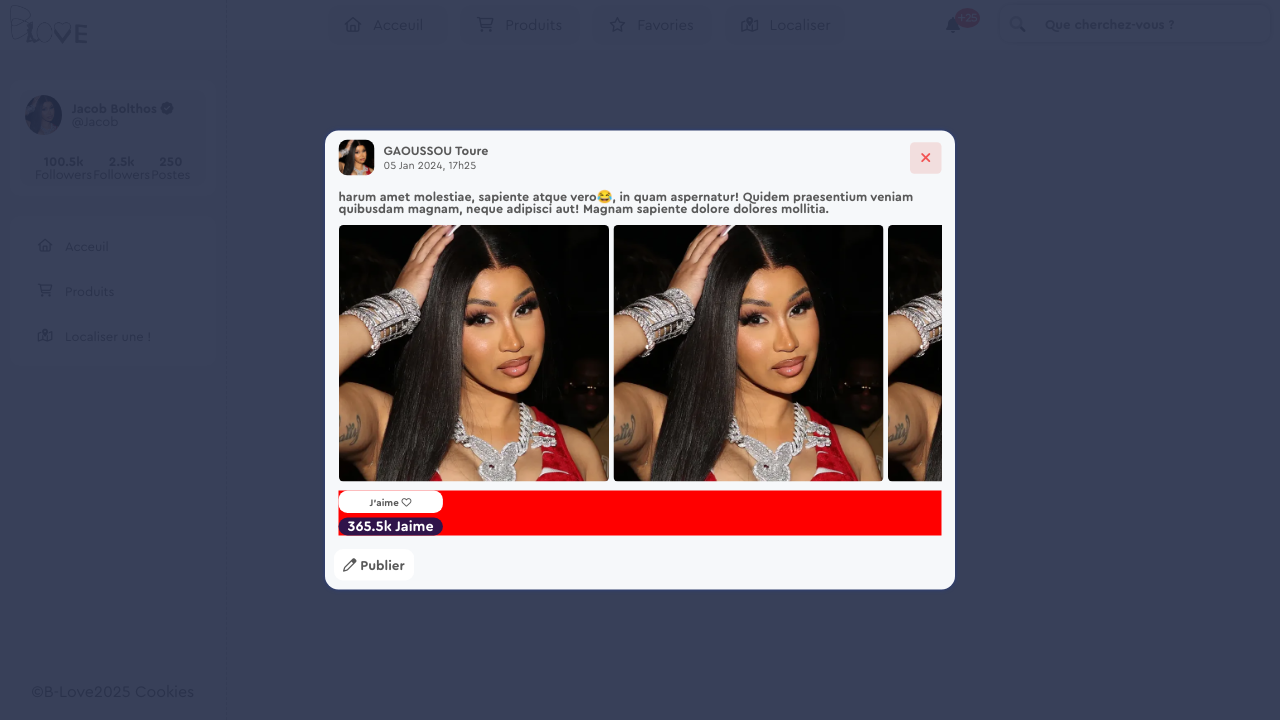
Repository: moomoony-log/b-love
Page: /home
An editor plug-in stored every save of this project. The page is shown before and after the next save, followed by the edit.
The browser window is 1280 px wide. The pictures show the whole page.
The project was rebuilt for these pictures with package versions that can differ from the ones it lists, and the page was loaded fresh each time. Also part of the build but not shown: vite.config.ts, src/rules/legacy.tsx, src/rules/privacy.tsx, src/components/basic/notification.tsx, src/view/auth.tsx, src/view/main/acceuil.tsx, src/view/main/dashbord.tsx, src/view/main/info-account.tsx and 3 more.

Above is the page before, as saved 2025-10-15 15:38:48.

### index.html
<!--
        ?????????         ?????????        ???????????????????
        ????? ?????     ????? ?????      ??????????   ??????????
        ?????  ?????   ?????  ?????    ????????         ????????
        ?????   ????? ?????   ?????    ??????            ????????
        ?????    ?????????    ?????    ??????            ????????
        ?????      ?????      ?????    ???????          ????????
        ?????                 ?????     ?????????      ????????
        ?????                 ?????        ???????????????????
        ?????                 ?????         ????????????????

    TRAVAIL JUSQU'A CE QU'ON DISE QUE TU ES FRANC-MAÇON
    TRAVAIL JUSQU'A CE QU'ON DISE QUE TU ES FRANC-MAÇON
    TRAVAIL JUSQU'A CE QU'ON DISE QUE TU ES FRANC-MAÇON
-->
<!doctype html>
<html lang="en">
  <head>
    <meta charset="UTF-8">
    <meta name="viewport" content="width=device-width, initial-scale=1.0">
    <meta http-equiv="X-UA-Compatible" content="IE=edge">
    <!-- Inbuilt -->
    <link rel="shortcut icon" href="./img/logoloveb.png" type="image/x-icon">
    <!-- <link rel="stylesheet" href="./vendor/font-awesome-pro/css/all.css">  -->
    <!-- <link rel="stylesheet" href="./css/app.css">  -->
    <title>B!love</title>
  </head>
  <body id="index">
    <div id="main-container"></div>
    <script type="module" src="/src/main.tsx"></script>
  </body>
</html>

### src/main.tsx
import { StrictMode } from 'react'
import { createRoot } from 'react-dom/client'
import App from './app'

createRoot(document.getElementById('main-container')!).render(
  <StrictMode>
    <App />
  </StrictMode>
)

### src/app.tsx

import { createBrowserRouter, RouterProvider } from "react-router-dom";
import Legacy from "./rules/legacy";
import Privacy from "./rules/privacy";
import Main from "./view/main/main";
import Auth from "./view/auth";
import Acceuil from "./view/main/acceuil";
import Dashbord from "./view/main/dashbord";
import "../public/css/app.css"
import "../public/vendor/font-awesome-pro/css/all.css"
import InfoAccount from "./view/main/info-account";
import Account from "./view/main/account";
import BecomeToMember from "./view/main/becomeToMember";
import Product from "./view/main/product";

// import Auth from "./view/auth";

const router =  createBrowserRouter([
	{
		path:'/',
		element:<Auth/>
	},
	{
		path:'/legacy',
		element:<Legacy/>
	},
	{
		path:'/privacy',
		element:<Privacy/>
	},
	{
		path:'/home',
		element:<Main/>,
		children:[
			{
				path:'acceuil',
				element: <Acceuil/>
			},
			{
				path:'dashbord',
				element: <Dashbord/>,
			},
			{
				path: 'product',
				element: <Product/>
			},
			{
				path:'check',
				element: <div>Localisation</div>
			},
			{
				path:'client',
				element: <InfoAccount/>,
				children: [
					{
						path:'compte',
						element: <Account/>
					},
					{
						path:'devenir_membre',
						element: <BecomeToMember/>
					},

				]
			}

		]
	}
])

// --> POINT D'ENTREE DANS L'APP(INDEX --> AUTH)
function App() {
	return <RouterProvider router={router}/>
}

export default App

### src/components/basic/button.tsx
// --> BUTTON COMPONENTS

import { forwardRef } from "react"
import { NavLink, useLocation } from "react-router-dom";

interface buttonProps {
    type: 'submit' | 'button',
    name?: string,
    icon?:string,
    color?: string,
    outline?: string,
    small?: 'small' | 'small-1' | 'small-2' | 'small-3',
    navigate?: string,
    children: boolean,
    border?: boolean,
    to: string | false,
    inner?:string,
    disable?:boolean,
    onclick?: () => unknown
}

const Button = forwardRef<HTMLButtonElement, buttonProps>(
  ({ name, icon, color, outline, small, navigate, inner, disable, children,border, to, onclick }, ref) => {
    const location = useLocation()
    return (
      <button
        ref={ref}
        type="button"
        className="ui-btn"
        name={name}
        color={color}
        {...(outline ? { "data-outline": "" } : {})}
        {...(disable ? { disabled: true } : {})}
        {...(navigate ? { "data-navigate": "" } : {})}
        {...(inner ? { "data-inner": "" } : {})}
        {...(small ? { "data-size" : small} : {})}
        {...(border ? { "data-border": "" } : {})}
        {...(to && location.pathname === to ? { "data-active": "" } : {})}
        onClick={onclick}
      >
        { (!children && !to ) && name } { icon && (!children && !to ) && <i className={icon}></i> }

        { (children && to) && <NavLink to={to}>  <i className={icon}></i>  {name} </NavLink> }

      </button>
    );
  }
);

export default Button

### src/components/basic/modals/pubItem.tsx
// --> Item Publication Modal

import Button from "../button"

const ItemPub = () => {
    return(
        <>
        <div className="modal" data-name="pub-item" data-show>
                <div className="box">
                    <div className="modal-head">
                        <div className="title">
                            <div className="cont-account-img" data-name="pub-item"><img src="../img/cardi_b.webp"/></div>
                            <div className="identity">
                                <span>GAOUSSOU Toure</span>
                                <span>05 Jan 2024, 17h25</span>
                            </div>
                         </div>
                        <span className="exit"><i className="fa-solid fa-xmark"></i></span>
                    </div>
                    <div className="body">
                        <div className="about-pub" data-data>
                            harum amet molestiae, sapiente atque vero😂, in quam aspernatur! Quidem praesentium veniam quibusdam magnam, neque adipisci aut! Magnam sapiente dolore dolores mollitia.
                        </div>
                        <div className="medias-cont">
                            <div className="cont-account-img" data-name="pub-item-img"><img src="../img/cardi_b.webp"/></div>
                            <div className="cont-account-img" data-name="pub-item-img"><img src="../img/cardi_b.webp"/></div>
                            <div className="cont-account-img" data-name="pub-item-img"><img src="../img/cardi_b.webp"/></div>
                            <div className="cont-account-img" data-name="pub-item-img"><img src="../img/cardi_b.webp"/></div>
                            <div className="cont-account-img" data-name="pub-item-img"><img src="../img/cardi_b.webp"/></div>
                            <div className="cont-account-img" data-name="pub-item-img"><video src="../videos/Standard_Mode_Le_b_b__sirote_son_champagne_en_.mp4" ></video></div>
                            <div className="cont-account-img" data-name="pub-item-img"><video src="../videos/Standard_Mode_Le_b_b__sirote_son_champagne_en_.mp4" ></video></div>
                        </div>
                        <div className="pub-info">
                            <div className="one">
                                <Button children={false} outline="" icon="fa-regular fa-heart" to={false} type="button" name="J'aime" small="small-3"  />
                                <span className="like">365.5k Jaime</span>
                            </div>

                        </div>

                    </div>
                    <div className="controler">
                        <button type="button" className="ui-btn" name=""  data-size="large"  color=""> <i className="fa-regular fa-pen"></i> Publier</button>
                    </div>
                </div>
            </div>
        </>
    )
}

export default ItemPub

### public/css/config/config.css
/* Style global de configuration */

/* Police d'ecriture */
/* Cera */
@font-face{
    font-family: 'Cera';
    src: url('../../font/cera-round-pro/CeraRoundPro-Bold.otf');
    font-weight: bold;
}
@font-face {
    font-family: 'Cera';
    src: url('../../font/cera-round-pro/CeraRoundPro-Regular.otf');
    font-weight: normal;
}

/* body{
    display: flex !important;
    padding: 5px;
    height: 100%;
    width: 100%;
    position: absolute;
    top: 0;
    left: 0;
    overflow: hidden;
} */
body *{
    box-sizing: border-box;
    font-family: 'Cera', sans-serif;
    font-weight: bold;
}

button:focus, input:focus, textarea:focus, select:focus {
    outline: none;
}

button {
    cursor: pointer;
    border: none;
}

h1, h2, h3, h4, h5, p {
    color: inherit;
    margin: 0;
    padding: 0;
    text-decoration: inherit;
}

img{
    height: inherit;
    max-width: 100%;
}

### public/css/component/components.css
 /* Imporation des dependances */
 @import url('input.css');
 @import url('button.css');
 @import url('img.css');
 @import url('notification.css');
 @import url('loader.css');
 @import url('table.css');
 @import url('./modals/modal.css');

 @keyframes text{
    0%{
        transform: translateX(100%);
    }
    100%{
        transform: translateX(-100%);
    }
 }

### public/css/views.css
/* --> Css relative à toutes les vues communes  */
@import url('views/auth.css');
@import url('views/legacy.css');
@import url('views/privacy.css');

### public/css/animation.css
@keyframes reotateInner {
    from {
       transform: rotate(0);
    }
    to{
       transform: rotate(180deg);
    }
 }
 @keyframes Online {
    0%, 100% {
       transform: scale(1.5);
       opacity: 1;

    }
    50% {
       transform: scale(0.5);
       /* opacity: 0.5; */
    }
 }
  @keyframes Online2 {
    0%, 100% {
       opacity: 1;

    }
    50% {
       opacity: 0.5;
    }
 }
 @keyframes spin {
   0%{
      transform: rotate(0deg);
   }
   100%{
      transform: rotate(360deg);
   }

 }
  @keyframes opa {
   0%{
      opacity: .4;
   }
   100%{
      opacity: 1;
   }

 }

### public/css/utils/utils.css
@import url('variable.css');
@import url('helper.css');

### public/css/utils/variable.css
/* Variables */
:root{
    --color-white: #ffffff;
    --color-gray-soft: #F6F8FA;
    --color-gray-medium: #b0b0b0;
    --color-gray-hard: #595959;
    --color-gray-hard-1: #7f7f7f;
    /* --color-gray-hard-3: #d4d2d246; */
    --color-gray-hard-3: #f2f2f2e7;
    --color-gray-hard-5: #f2f2f2;
    --color-gray-hard-4: #5959592f;
    --color-blue-lite: #dbf5ff;
    --color-blue-soft: #00B0F0;
    --color-blue-soft-2: #9ab9dc;
    --color-blue-hard: #2A6EBB;
    --color-green-lite: #aefecf;
    --color-green-lite-2: #80d6a4;
    --color-green-hard: #41cf7c;
    --color-red-lite: #ffcdcd;
    --color-red-soft: #f58e8e;
    --color-red-hard: #f25353;
    --shadow-one: 0 0 5px #eee;
    --shadow-two: 0 0 5px #84b1c3;
    --shadow-3: 0 0 4px #bababa;
    --bezier-1: cubic-bezier(0.68, -0.55, 0.27, 1.55);
}

### public/css/utils/helper.css
/* cool-scroll-bar */
.cool-scroll-bar::-webkit-scrollbar{
    width: 3px;
    height: 3px;
    border-radius: 50px !important;
    background-color: var(--color-gray-soft);
    box-shadow: 0 0 5px var(--color-gray-soft);
}
.cool-scroll-bar::-webkit-scrollbar-thumb{
    background-color: var(--color-gray-medium);
    border-radius: 50px !important;
}

### public/css/views/legacy.css
.legacy {
    z-index: 10;
    height: 100%;
    padding: 20px;
    overflow: auto;
}
.legacy p{
    font-size: 40px;
}

### public/css/views/privacy.css
.privacy {
    z-index: 10;
    height: 100%;
    padding: 20px;
    overflow: auto;
}
.privacy p{
    font-size: 40px;
}

### public/css/component/notification.css
/* CSS DES GRILLES DE NOTIFICATIONS */
#notification{
    position: absolute;
    right: 0;
    z-index: 900;
    width: 350px;
    bottom: 0;
    padding: 5px;
    display: flex;
    justify-content: flex-end;
    align-items: center;
    flex-direction: column;
    gap: 10px;
}

#notification .notif-item{
    width: 320px;
    max-height: 60px;
    box-sizing: border-box;
    background-color: var(--color-white);
    display: none;
    align-items: center;
    overflow: hidden;
    gap: 5px;
    padding: 10px;
    border-radius: 10px;
    opacity: 0;
    transform: scale(0);
    box-shadow: 0 0 7px -2px var(--color-gray-hard-1);
    transition: transform .3s cubic-bezier(0.68, -0.55, 0.27, 1.55), opacity .2s ease-in-out, max-height .3s ease-in-out;
}
#notification .notif-item .notif-text-content{
    margin-right: auto;
}

#notification .notif-item[data-show]{
    opacity: 1;
    transform: scale(1);
    display: flex;
}

#notification .notif-item .icon{
    height: 35px;
    width: 35px;
    line-height: 35px;
    text-align: center;
    font-size: 15px;
    border-radius: 50%;
    position: relative;
    z-index: 2;
    color: var(--color-white);
}

#notification .notif-item .icon::before{
    position: absolute;
    text-align: center;
    left: 0;
    font-size: 35px;
    content: '\f335';
    font-family: 'Font Awesome 6 Pro';
    z-index: -1;
}

#notification .notif-item .exit{
    text-align: center;
    margin-left: 5px;
    border-radius: 50%;
    cursor: pointer;
    color: #cccccc;
}

#notification .notif-item[data-name="exit"] {
    border-left: 5px solid var(--color-red-soft);
}
#notification .notif-item[data-name="exit"] .exit{
    color: var(--color-red-soft);
}
#notification .notif-item[data-name="good"] .exit{
    color: var(--color-green-lite-2);
}
#notification .notif-item[data-name="exit"]:hover{
    box-shadow: 0 0 7px -2px var(--color-red-hard);
}
#notification .notif-item[data-name="good"]:hover{
    box-shadow: 0 0 7px -2px var(--color-green-hard);
}
#notification .notif-item[data-name="await"]:hover{
    box-shadow: 0 0 7px -2px var(--color-gray-hard);
}
.notif-item[data-name="exit"] .icon::before{
    color: var(--color-red-soft);
}
#notification .notif-item[data-name="await"]{
    border-left: 5px solid #cccccc;
}
.notif-item[data-name="good"] .icon::before{
    color: var(--color-green-lite-2);
}
.notif-item[data-name="await"] .icon::before{
    color: #cccccc;
}
#notification .notif-item[data-name="good"]{
    border-left: 5px solid var(--color-green-lite-2);
}
#notification .notif-item .title{
    text-wrap: nowrap;
    color: var(--color-gray-hard-1);
    font-size: 13px;
}
#notification .notif-item .text{
    font-size: 12px;
    display: flex;
    overflow: hidden;
    max-width: 240px;
    text-overflow: ellipsis;
    font-weight: lighter;
}

/* RESPONSIVE STATE */
@media (max-width: 344px) {
    #notification{
        width: 300px;
    }
    #notification .notif-item{
        width: 290px;
        max-height: 80px;
    }
    #notification .notif-item .icon::before{
        left: -2px;
    }
}

### public/css/component/loader.css

/* CSS DU COMPOSANT DE CHRAGEMENT */
#loader{
    position: absolute;
    display: flex;
    flex-direction: column;
    width: 100%;
    gap: 10px;
    height: 100%;background-color: rgba(255, 255, 255, 0.744);
    justify-content: center;
    align-items: center;
    z-index: 1000;
}

#loader .spinner{
    height: 60px;
    width: 60px;
    display: flex;
    justify-content: center;
    align-items: center;
    position: relative;
    animation: spin 2s linear infinite;
}
#loader .spinner::before{
    content: '';
    height: 100%;
    width: 100%;
    position: absolute;
    border-radius: 50%;
    border: solid 4px var(--color-gray-hard-3);
}
#loader .spinner::after{
    content: '';
    height: 100%;
    width: 100%;
    position: absolute;
    border-radius: 50%;
    border: solid 4px transparent;
    border-left-color:var(--color-gray-hard-1);
    animation: spin 0.8s linear infinite, opa 0.8s ease-in-out infinite alternate-reverse;
}
#loader img{
    width: 95px;
    height: 50px;
}
#loader i{
    font-size: 20px;
}
#loader .i{
   background-color: var(--color-gray-hard-);
   padding: 7px;
   display: flex;
   align-items: center;
   justify-content: center;
   border-radius: 5px;
}

### public/css/component/table.css
.infos-personnels[data-name="statut"] .availability table{
    border-collapse: collapse;
    width: 100%;
    background-color: var(--color-white);
    text-align: center;
    font-size: 13px;
}
.availability table th,
.availability table td{
    height: 40px;
    padding: 3px;
}
.availability table td:last-child{
    text-align: right;
}
.availability table tbody tr:hover{
    background-color: var(--color-gray-hard-3);
}

.cont-my-post table{
    width: 100%;
    border-spacing: 0 5px;
    background-color: var(--color-white);
    text-align: center;
    padding: 5px;
    border-radius: 5px;
}
.cont-my-post table tbody td:last-child button{
    background-color: white;
    margin-left: 5px;
}
.cont-my-post table tbody tr:hover td{
    background-color: var(--color-white);
}
.cont-my-post table tbody tr:hover td:last-child button{
    background-color: var(--color-gray-hard-3);
}

.cont-my-post table tbody td{
    padding: 5px;
    background-color: var(--color-gray-hard-3);
    font-weight: lighter;
    margin: 10px;
}
.cont-my-post table tbody td:last-child{
    text-align: right;
}


@media (max-width: 855px) {
    .cont-my-post table{
        font-size: 12px;
    }
    .cont-my-post table tbody td:last-child{
        display: flex;
        flex-direction: column;
        margin: 0;
        gap: 5px;
    }
}

@media (max-width: 355px) {
    .cont-my-post table tbody td:last-child{
        font-size: 11px;
    }
}

### public/css/component/modals/modal.css
/* @import url('./modals/registration.css'); */
@import url('./publication.css');
@import url('./pubItem.css');
@import url('./confirm.css');

#modals .modal{
    position: fixed;
    display: none;
    align-items: center;
    left: 0;
    top: 0;
    justify-content: center;
    height: 100%;
    width: 100%;
    background-color: #262f4ae8;
    z-index: 1000;
    transition: opacity .6s ease-in-out;
    animation: show-modal .5s ease-in-out;
 }
.modal .box{
    background-color:var(--color-gray-soft);
    min-width: 300px;
    max-width: 1300px;
    min-height: 270px;
    box-shadow: 0 0 5px 0px #263b80;
    padding: 10px;
    border-radius: 15px;
    opacity: 1;
    transform: scale(.9);
    flex-direction: column;
    gap: 10px;
    animation: show-box .6s ease-in-out forwards;
}

.modal:active .box{
    animation: show-box .6s ease-in-out forwards, show-cont .1s ease-in-out;
}
 /* Animation > Affichage > Masquage */
.modal[data-show]{
   display: flex !important;
}
.modal[data-show] .box{
   display: flex !important;
}
.modal[hide]{
   opacity: 0;
}
.modal[hide] .box{
    animation: hide-box .5s ease-in-out forwards;
}
.modal .box .modal-head{
   height: 40px;
   display: flex;
   padding: 0 5px;
   justify-content: space-between;
   align-items: center;
}
.box .modal-head .title i{
   height: 25px;
   width: 25px;
   line-height: 25px;
   text-align: center;
   border-radius: 5px;
   color: var(--color-white);
   background-color: var(--color-gray-hard-1);
}
.box .modal-head .exit i{
   color: var(--color-red-hard);
   cursor: pointer;
   height: 35px;
   width: 35px;
   line-height: 35px;
   text-align: center;
   background-color: rgb(242, 222, 222);
   border-radius: 5px;
}
.modal .box .body{
   min-height: 200px;
   border-radius: 10px;
   padding: 5px;
}
.modal .box .controler{
   width: 100%;
   display: flex;
   gap: 30px;
 }

### public/css/component/modals/pubItem.css

.modal[data-name="pub-item"] .box{
    max-width: 700px;
}
.modal[data-name="pub-item"] .title{
    display: flex;
    gap: 10px;
    align-items: center;
}
.modal[data-name="pub-item"] .body .medias-cont{
    display: flex;
    overflow-y: hidden;
    overflow-x: auto;
    gap: 5px;
    height: 285px;
}
.modal[data-name="pub-item"] .body{
    display: flex;
    flex-direction: column;
    gap: 10px;
}
.modal[data-name="pub-item"] .body .about-pub{
    width: 100%;
    max-height: 100px;
    font-size: 14px;
    overflow: hidden;
    display: -webkit-box;
    -webkit-line-clamp: 3;
    -webkit-box-orient: vertical;
    line-clamp: 3;
}
.modal[data-name="pub-item"] .body .about-pub[data-data]{
    -webkit-line-clamp: initial;
    -webkit-box-orient: initial;
    line-clamp: initial;

}
.modal[data-name="pub-item"] .body .pub-info{
    display: flex;
    background-color: red;
}
.body .pub-info .one{
    display: flex;
    gap: 5px;
    flex-direction: column;
}
.body .pub-info .one .like{
    background-color: rgb(48, 20, 74);
    color: white;
    height: 20px;
    border-radius: 10px;
    padding: 0 10px;
    line-height: 20px;
}
.modal[data-name="pub-item"] .title .identity{
    display: flex;
    gap: 3px;
    flex-direction: column;
}
.modal[data-name="pub-item"] .title .identity span{
    font-size: 14px;
}
.modal[data-name="pub-item"] .title .identity span:last-child{
    font-weight: lighter;
    font-size: 12px;
}

### public/css/component/modals/confirm.css
.modal[data-name="confirm"] .box .body{
   display: flex;
   background-color: var(--color-white);
   display: flex;
   flex-direction: column;
   justify-content: center;
   align-items: center;
   position: relative;
}
.modal[data-name="confirm"] .box .body::after{
    content: '';
    height: 100%;
    width: 100%;
    border-radius: 10px;
    position: absolute;
    animation: Online2 1s ease-in-out infinite;
}
.modal[data-name="confirm"] .box .body .icon{
    height: 75px;
    width: 75px;
    font-size: 50px;
    line-height: 75px;
    text-align: center;
    border-radius: 10px;
    margin-bottom: 5px;
}
.modal[data-name="confirm"] .box .body .title{
    font-size: 20px;
    margin-bottom: 20px;
}
.modal[data-name="confirm"] .box .body .confirm-text{
    font-weight: lighter;
}

.modal[data-name="confirm"] .box .body[type="exit"]::after{
    background-color: rgba(255, 17, 17, 0.066);
}
.modal[data-name="confirm"] .box .body[type="exit"] .icon{
    box-shadow: 0 0 7px -4px var(--color-red-hard);
    background-color: var(--color-red-lite);
    color: var(--color-red-soft);
}
.modal[data-name="confirm"] .box .body[type="exit"] .title{
    color: var(--color-red-soft);
}

.modal[data-name="confirm"] .box .body[type="good"]::after{
    background-color: rgba(17, 184, 255, 0.077);
}
.modal[data-name="confirm"] .box .body[type="good"] .icon{
    box-shadow: 0 0 7px -4px var(--color-blue-hard);
    background-color: var(--color-blue-lite);
    color: var(--color-blue-soft);
}
.modal[data-name="confirm"] .box .body[type="good"] .title{
    color: var(--color-blue-soft);
}

### src/utils/utils.ts
class Utils {

    static emailValidation(email: string) : boolean {
        const emailRegex :RegExp = /^[^\s@]+@[^\s@]+\.[^\s@]+$/
        return emailRegex.test(email)
    }

    static inputValue(value: string, minLenght: number) : boolean {
        const inputRegex :RegExp = /^[A-Za-zÀ-ÖØ-öø-ÿ\s]+$/

        if (value.length > minLenght && inputRegex.test(value)) return inputRegex.test(value)
        else return false
    }

    static passwordValidation = (value: string):boolean => {
        const passwordRegex: RegExp = /^(?=.*?[A-Z])(?=.*?[a-z])(?=.*?[0-9])(?=.*?[#?!@$%^&*-]).{8,}$/g
        if (passwordRegex.test(value)) return true
        else return false
    }

    static otpValidation = (value: string):boolean => {
        const otpRegex : RegExp = /^[0-9]+$/gm
        if(otpRegex.test(value) && value.length === 1) return true
        else return false
    }

}

export default Utils

Loaded but not shown: public/vendor/font-awesome-pro/css/all.css (library); public/css/app.css (2376 lines, source omitted); src/view/main/main.tsx (184 lines, source omitted); src/components/basic/input.tsx (178 lines, source omitted); public/css/views/auth.css (265 lines, source omitted); public/css/component/input.css (227 lines, source omitted); public/css/component/button.css (206 lines, source omitted); public/css/component/modals/publication.css (141 lines, source omitted); public/css/component/img.css (169 lines, source omitted)

After the next save:
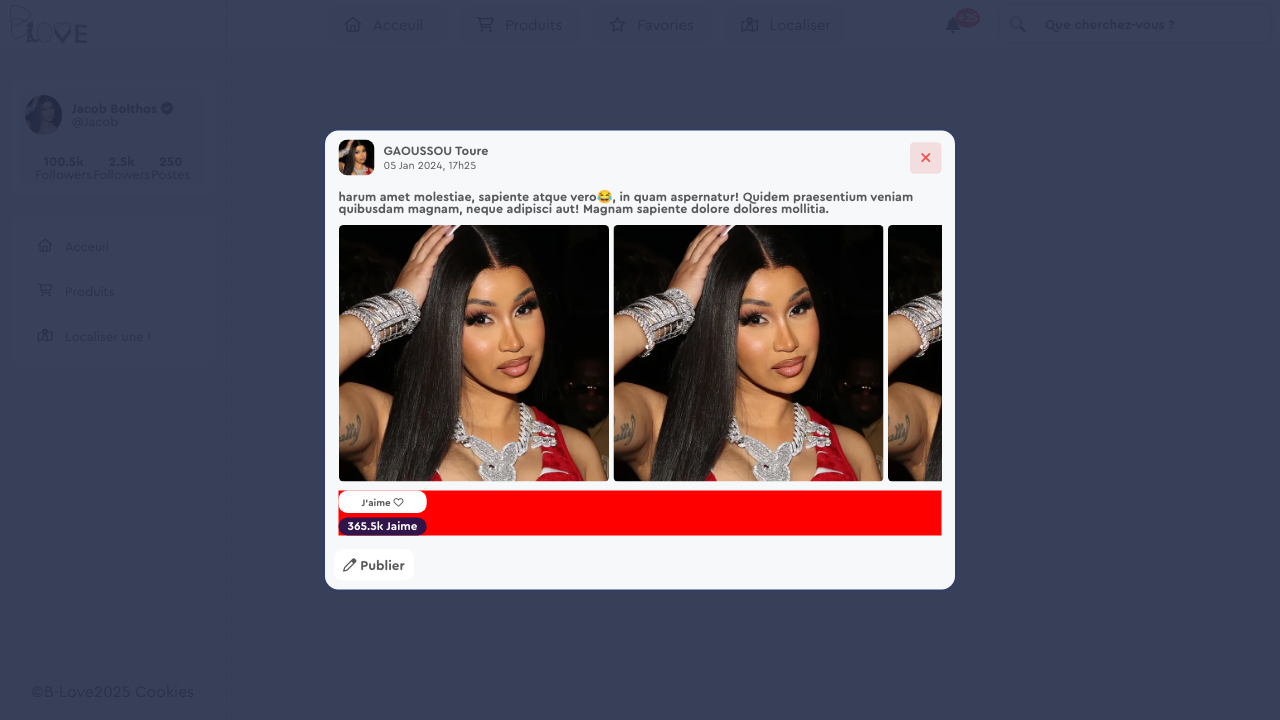
Saved 19 s later.
--- a/public/css/component/modals/pubItem.css
+++ b/public/css/component/modals/pubItem.css
@@ -47,6 +47,7 @@
 .body .pub-info .one .like{
     background-color: rgb(48, 20, 74);
     color: white;
+    font-size: 13px;
     height: 20px;
     border-radius: 10px;
     padding: 0 10px;
